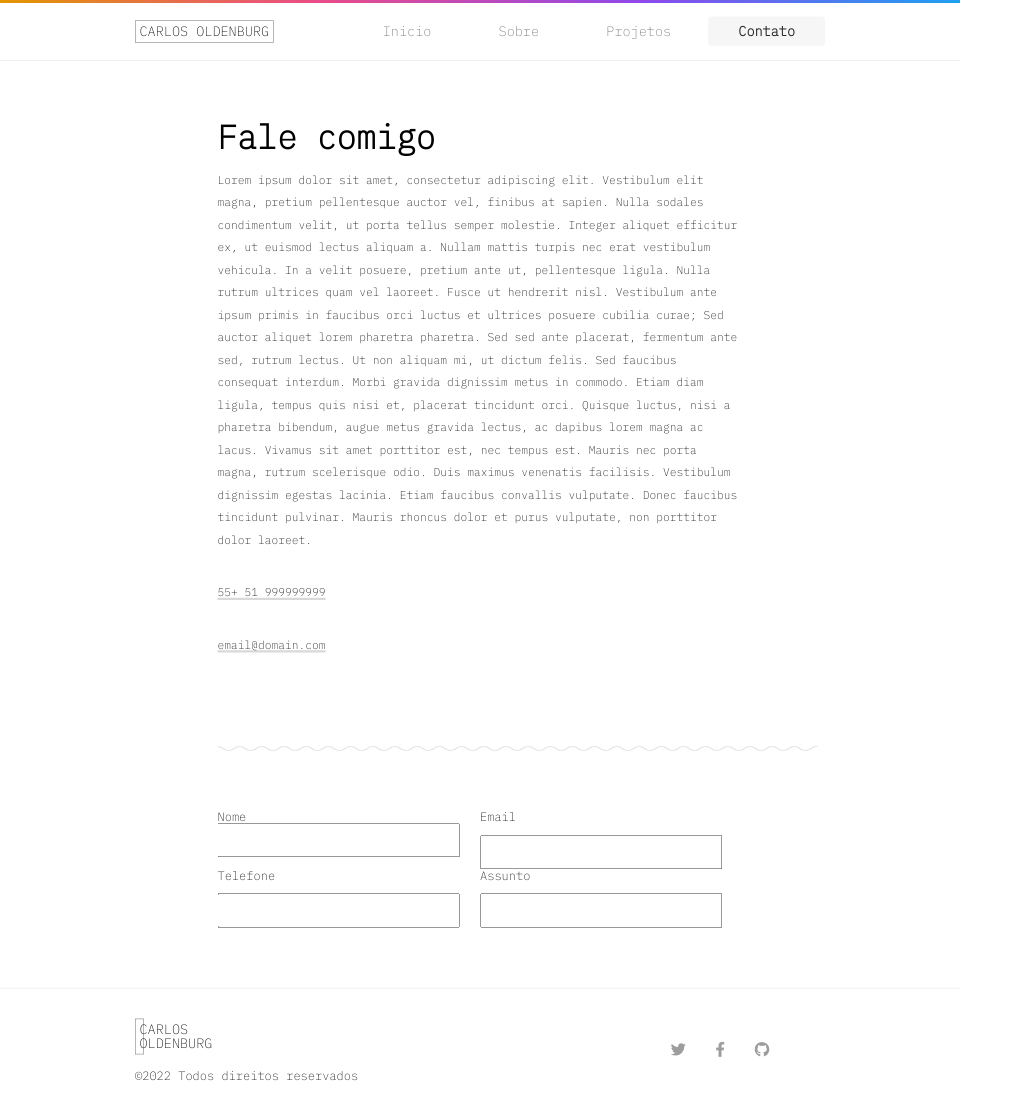
Repository: Carolden/PortfolioCrie
Page: contact.html
These files come from the project's save history. The page is drawn as it stood at one moment and after the next save; the edit follows.
The browser window is 1280 px wide. The page is 1380 px wide, so the pictures cover 1380 px, including what lies to the right of the window. The pictures show the whole page, at 75% of full size.

Above is the page before, as saved 2023-05-25 13:26:24.

### contact.html
<!DOCTYPE html>
<html lang="pt-BR">
<head>
    <meta charset="UTF-8">
    <meta http-equiv="X-UA-Compatible" content="IE=edge">
    <meta name="viewport" content="width=device-width, initial-scale=1.0">
    <title>Carlos Eduardo Oldenburg</title>

    <link rel="stylesheet" href="styles/base/reset.css">
    <link rel="stylesheet" href="styles/base/body.css">
    <link rel="stylesheet" href="styles/components/contact.css">
    <link rel="stylesheet" href="styles/layout/container.css">
    <link rel="stylesheet" href="styles/components/divisor.css">
    <link rel="stylesheet" href="styles/layout/footer.css">
    <link rel="stylesheet" href="styles/layout/header.css">
    <link rel="stylesheet" href="styles/layout/index__section.css">
    <link rel="stylesheet" href="styles/components/about__text.css">
    <link rel="stylesheet" href="styles/components/header__a.css">
    <link rel="stylesheet" href="styles/components/header__nav.css">
    <link rel="stylesheet" href="styles/components/hr.css">
    <link rel="stylesheet" href="styles/components/img__container.css">
    <link rel="stylesheet" href="styles/components/img__projeto.css">
    <link rel="stylesheet" href="styles/components/name__box.css">
    <link rel="stylesheet" href="styles/components/project__a.css">
    <link rel="stylesheet" href="styles/components/project__container.css">
    <link rel="stylesheet" href="styles/components/project__index.css">
    <link rel="stylesheet" href="styles/components/section__contact.css">
    <link rel="stylesheet" href="styles/components/section__image.css">
    <link rel="stylesheet" href="styles/components/section__p.css">
    <link rel="stylesheet" href="styles/components/section__title.css">
    <link rel="stylesheet" href="styles/components/work.css">
    <link rel="stylesheet" href="sobre.html">

    <link rel="preconnect" href="https://fonts.googleapis.com">
    <link rel="preconnect" href="https://fonts.gstatic.com" crossorigin>
    <link href="https://fonts.googleapis.com/css2?family=IBM+Plex+Mono:wght@200&family=Open+Sans:wght@800&display=swap" rel="stylesheet">
    <link rel="stylesheet" href="https://cdnjs.cloudflare.com/ajax/libs/font-awesome/6.4.0/css/all.min.css">


</head>
<body>

    <header class="header">

        <div class="name__container">
            <h2 class="name__box">CARLOS OLDENBURG</h2>
        </div>

        <nav class="header__nav">
            <a href="index.html" class="header__a">Inicio</a>
            <a href="sobre.html" class="header__a"> Sobre</a>
            <a href="projetos.html" class="header__a">Projetos</a>
            <a href="contact.html" class="header__a active">Contato</a>
        </nav>

    </header>

    <section>

        <div class="about__text">

        <h1 class="section__title section--align">Fale comigo</h1>
        <p class="section__p about--p">Lorem ipsum dolor sit amet, consectetur adipiscing elit. Vestibulum elit magna, pretium pellentesque auctor vel, finibus at sapien. Nulla sodales condimentum velit, ut porta tellus semper molestie. Integer aliquet efficitur ex, ut euismod lectus aliquam a. Nullam mattis turpis nec erat vestibulum vehicula.

            In a velit posuere, pretium ante ut, pellentesque ligula. Nulla rutrum ultrices quam vel laoreet. Fusce ut hendrerit nisl. Vestibulum ante ipsum primis in faucibus orci luctus et ultrices posuere cubilia curae; Sed auctor aliquet lorem pharetra pharetra. Sed sed ante placerat, fermentum ante sed, rutrum lectus. Ut non aliquam mi, ut dictum felis.

            Sed faucibus consequat interdum. Morbi gravida dignissim metus in commodo. Etiam diam ligula, tempus quis nisi et, placerat tincidunt orci. Quisque luctus, nisi a pharetra bibendum, augue metus gravida lectus, ac dapibus lorem magna ac lacus. Vivamus sit amet porttitor est, nec tempus est.

            Mauris nec porta magna, rutrum scelerisque odio. Duis maximus venenatis facilisis. Vestibulum dignissim egestas lacinia. Etiam faucibus convallis vulputate. Donec faucibus tincidunt pulvinar. Mauris rhoncus dolor et purus vulputate, non porttitor dolor laoreet.</p>

        </div>

        <p class="section__p about--p container contact">55+ 51 999999999</p>

        <p class="section__p about--p container contact">email@domain.com</p>

        <div class="div__divisor index--divisor">

            <img src="images/Divisor.png" alt="" class="img__divisor">

        </div>

    </section>

    <section class="container">

        <form action="">

            <div class="contactrow">

                <div class="contactcolumn">

                    <label for="nome" class="label">Nome</label>
                    <input id="nome" type="text" class="input">

                </div>

                <div class="contactcolumn">

                    <label for="email" class="label">Email</label><br>
                    <input id="email" required type="email" class="input">

                </div>

            </div>

            <div class="contactrow">

                <div class="contactcolumn">

                    <label for="telefone" class="label">Telefone</label><br>
                    <input id="telefone" type="tel" class="input">

                </div>

                <div class="contactcolumn">

                    <label for="msg" class="label">Assunto</label><br>
                    <input type="text" id="msg" name="assunto" class="input">

                </div>

            </div>

        </form>

    </section>












    <footer class="footer">

        <div class="name__container footer__column">

            <h2 class="name__box name--footer">CARLOS OLDENBURG</h2>
            <p class="footer__p">©2022 Todos direitos reservados</p>

        </div>

        <div class="footer__column footer__icons">

            <i class="fa-brands fa-twitter contact__icon"></i>
            <i class="fa-brands fa-facebook-f contact__icon"></i>
            <i class="fa-brands fa-github contact__icon"></i>

        </div>

    </footer>



</body>
</html>

### styles/base/body.css
body {
    font-family: 'IBM Plex Mono', monospace;
    overflow-y: scroll;
}

### styles/components/contact.css
.contact {
    padding: 20px 0 20px 0;
    text-decoration: underline 3px #D9D9D9;
    line-height: 30px;
}

.contactrow {
    display: flex;
    justify-content: center;
    align-items: left;

}

.contactcolumn {
    width: 50%;
    display: flex;
    flex-direction: column;
    align-items: flex-start;
}

.input {
    width: 90%;
    height: 40px;
}

### styles/layout/container.css
.container {
    padding: 0 290px 0 290px;
}

### styles/components/divisor.css
.img__divisor {
    padding: 0 290px 0 290px;
    color: #EAEAEA;
    width: 100%;

}

.div__divisor {
    display: flex;
}

.index--divisor {
    margin: 80px 0 80px 0;
}

### styles/layout/footer.css
.footer {
    display: flex;
    box-sizing: border-box;
    align-items: center;
    border-top: 1px solid #EAEAEA;
    margin-top: 80px;
    align-items: center;
}

.name--footer {
    margin: 40px 550px 20px 180px;
}

footer p {
    margin: 0 0 40px 180px;
}

.footer__column {
    width: 50%;
}

.footer__icons {
    text-align: center;
}

### styles/layout/header.css
.header {
    display: flex;
    justify-content: space-between;
    height: 80px;
    width: 100%;
    left: 0px;
    top: 4px;
    border-radius: 0px;
    box-sizing: border-box;
    /* position: absolute; */
    align-items: center;
    border-top: 4px;
    border-image: linear-gradient(to right, #E39600, #EA4C89, #8F48EB, #1DA1F2) 1;
    border-style: solid;
}

### styles/layout/index__section.css
.index__section {
    display: flex;
    flex-direction: column;
    align-items: center;
    border-top: 1px solid #EAEAEA;
    padding: 80px 0 50px 0;
}

### styles/components/about__text.css
.about__text {
    /* display: flex; */
    padding: 80px 290px 0 290px;
    align-items: left;
    flex-direction: column;
    border-top: 1px solid #EAEAEA;
}

### styles/components/header__a.css
.header__a {
    padding: 40px;
    text-decoration: none;
    color: #6C6C6C;
    font-size: 18px;
}

.active {
    color: #242424;
    font-weight: 600;
    background: #F6F6F6;
    border-radius: 4px;
    padding-top: 8px;
    padding-bottom: 8px;
}

### styles/components/header__nav.css
.header__nav {
    margin-right: 180px;
}

### styles/components/hr.css
.hr {
    padding: 0 290px 0 290px;
    color: #EAEAEA;
    width: 100%;

}

### styles/components/img__container.css
.img__container {
    display: flex;
    justify-content: center;
    align-items: center;
}

### styles/components/img__projeto.css
.img__projeto {
    width: 1000px;
    height: 500px;
    align-items: center;
    margin-bottom: 40px;
}

.img--cover {
    object-fit: cover;
}

### styles/components/name__box.css
.name__box {
    border: 1px solid #9D9D9D;
    padding: 5px;
    margin-left: 180px;
    font-size: 18px;
}

### styles/components/project__a.css
.project__a {
    text-decoration: none;
    color: inherit;
}

### styles/components/project__container.css
.project__container {
    display: flex;
    flex-direction: column;
    padding-bottom: 80px;
}

.project__container:last-child {
    padding-bottom: 40px;
}

### styles/components/project__index.css
.project__h2 {
    padding-bottom: 80px;
    font-size: 24px;
    font-weight: 600;
}

.project__index {
    border: 1px solid #EAEAEA;
    margin: 0 290px 20px 290px;
    display: flex;
    background-color: #FAFAFA;
}

.project__icon {
    font-size: 80px;
    padding: 40px 20px 40px 40px;
    color: #E39600;
}

.project__h3 {
    font-size: 18px;
    font-weight: 600;
    padding: 40px 0 20px 20px;
    line-height: 30px;
}

.project__p {
    padding: 0 40px 40px 20px;
    line-height: 30px;
}

.icon--color--pink {
    color: #EA4C89;
}

### styles/components/section__contact.css
.section__contact {
    display: flex;
    margin: 0 280px 0 280px;
    align-items: center;
}

.contact__icon {
    padding: 15px;
    font-size: 20px;
    color: #9D9D9D;
}

.contact__button {
    text-decoration: none;
    padding-left: 15px;
    color: #363636;
    font-weight: 600;
    font-size: 15px;
    border: 1px solid #EAEAEA;
    border-radius: 20px;
    background: #FAFAFA;
    padding: 10px 15px;
    margin-left: 15px;
}

### styles/components/section__image.css
.section__image {
    width: 800px;
    height: 800px;
    padding: 40px 0 55px 0;

}

### styles/components/section__p.css
.section__p {
    font-size: 15px;
    font-weight: 400;
    line-height: 30px;
    letter-spacing: 0em;
    text-align: left;
    margin: 0 280px 0 280px;
    line-height: 30px;
}

.about--p {
    margin: 0;
    padding-bottom: 40px;
}

### styles/components/section__title.css
.section__title {
    font-size: 44px;
    font-weight: 600;
}

.section--align {
    text-align: left;
    padding-bottom: 20px;
}

### styles/components/work.css
.work__title {
    font-size: 24px;
    font-weight: 600;
    padding-bottom: 40px;
}

.work__container {
    display: flex;
    justify-content: space-between;
    padding-bottom: 20px;
}

.work {
    margin-left: 290px;
    margin-right: 290px;
}

.work__subtitle {
    font-size: 18px;
    font-weight: 600;
}

.work__p {
    font-size: 15px;
    font-weight: 400;
}

### sobre.html
<!DOCTYPE html>
<html lang="pt-BR">
<head>
    <meta charset="UTF-8">
    <meta http-equiv="X-UA-Compatible" content="IE=edge">
    <meta name="viewport" content="width=device-width, initial-scale=1.0">
    <title>Carlos Eduardo Oldenburg</title>

    <link rel="stylesheet" href="styles/base/reset.css">
    <link rel="stylesheet" href="styles/base/body.css">
    <link rel="stylesheet" href="styles/components/contact.css">
    <link rel="stylesheet" href="styles/layout/container.css">
    <link rel="stylesheet" href="styles/components/divisor.css">
    <link rel="stylesheet" href="styles/layout/footer.css">
    <link rel="stylesheet" href="styles/layout/header.css">
    <link rel="stylesheet" href="styles/layout/index__section.css">
    <link rel="stylesheet" href="styles/components/about__text.css">
    <link rel="stylesheet" href="styles/components/header__a.css">
    <link rel="stylesheet" href="styles/components/header__nav.css">
    <link rel="stylesheet" href="styles/components/hr.css">
    <link rel="stylesheet" href="styles/components/img__container.css">
    <link rel="stylesheet" href="styles/components/img__projeto.css">
    <link rel="stylesheet" href="styles/components/name__box.css">
    <link rel="stylesheet" href="styles/components/project__a.css">
    <link rel="stylesheet" href="styles/components/project__container.css">
    <link rel="stylesheet" href="styles/components/project__index.css">
    <link rel="stylesheet" href="styles/components/section__contact.css">
    <link rel="stylesheet" href="styles/components/section__image.css">
    <link rel="stylesheet" href="styles/components/section__p.css">
    <link rel="stylesheet" href="styles/components/section__title.css">
    <link rel="stylesheet" href="styles/components/work.css">
    <link rel="stylesheet" href="sobre.html">

    <link rel="preconnect" href="https://fonts.googleapis.com">
    <link rel="preconnect" href="https://fonts.gstatic.com" crossorigin>
    <link href="https://fonts.googleapis.com/css2?family=IBM+Plex+Mono:wght@200&family=Open+Sans:wght@800&display=swap" rel="stylesheet">
    <link rel="stylesheet" href="https://cdnjs.cloudflare.com/ajax/libs/font-awesome/6.4.0/css/all.min.css">

</head>
<body>

    <header class="header">

        <div class="name__container">
            <h2 class="name__box">CARLOS OLDENBURG</h2>
        </div>

        <nav class="header__nav">
            <a href="index.html" class="header__a">Inicio</a>
            <a href="sobre.html" class="header__a active"> Sobre</a>
            <a href="projetos.html" class="header__a">Projetos</a>
            <a href="contact.html" class="header__a">Contato</a>
        </nav>

    </header>

    <section>

        <div class="about__text">

        <h1 class="section__title section--align">Olá, meu nome é Carlos!</h1>
        <p class="section__p about--p">Lorem ipsum dolor sit amet, consectetur adipiscing elit. Vestibulum elit magna, pretium pellentesque auctor vel, finibus at sapien. Nulla sodales condimentum velit, ut porta tellus semper molestie. Integer aliquet efficitur ex, ut euismod lectus aliquam a. Nullam mattis turpis nec erat vestibulum vehicula.

            In a velit posuere, pretium ante ut, pellentesque ligula. Nulla rutrum ultrices quam vel laoreet. Fusce ut hendrerit nisl. Vestibulum ante ipsum primis in faucibus orci luctus et ultrices posuere cubilia curae; Sed auctor aliquet lorem pharetra pharetra. Sed sed ante placerat, fermentum ante sed, rutrum lectus. Ut non aliquam mi, ut dictum felis.

            Sed faucibus consequat interdum. Morbi gravida dignissim metus in commodo. Etiam diam ligula, tempus quis nisi et, placerat tincidunt orci. Quisque luctus, nisi a pharetra bibendum, augue metus gravida lectus, ac dapibus lorem magna ac lacus. Vivamus sit amet porttitor est, nec tempus est.

            Mauris nec porta magna, rutrum scelerisque odio. Duis maximus venenatis facilisis. Vestibulum dignissim egestas lacinia. Etiam faucibus convallis vulputate. Donec faucibus tincidunt pulvinar. Mauris rhoncus dolor et purus vulputate, non porttitor dolor laoreet.</p>

        </div>

    </section>

    <div class="div__divisor index--divisor">

        <img src="images/Divisor.png" alt="" class="img__divisor">

    </div>

    <section class="work">

        <h2 class="work__title">Trabalho</h2>

        <div class="work__container">
            <h3 class="work__subtitle">Virtude Informática</h3>
            <p>Técnico de informática   -   2020 -&emsp;&emsp;&emsp;</p>
        </div>

        <div class="work__container">
            <h3 class="work__subtitle">Sustentare Seguros</h3>
            <p>Auxiliar Administrativo   -   2019 - 2020</p>
        </div>

        <div class="work__container">
            <h3 class="work__subtitle">Banrisul</h3>
            <p class="work__p">Estagiário   -   2017 - 2019</p>
        </div>

    </section>

    <div class="div__divisor index--divisor">

        <img src="images/Divisor.png" alt="" class="img__divisor">

    </div>

    <section class="work">

        <h2 class="work__title">Escolaridade e Cursos</h2>

        <div class="work__container">
            <h3 class="work__subtitle">Univates - Curso Intensivo de Programação</h3>
            <p>Crie_TI   -   2023 -&emsp;&emsp;&emsp;</p>
        </div>

        <div class="work__container">
            <h3 class="work__subtitle">UNINTER - Bacharelado</h3>
            <p>Engenharia de Software   -   2021 -&emsp;&emsp;&emsp;</p>
        </div>

        <div class="work__container">
            <h3 class="work__subtitle">EEEPE - Curso Técnico</h3>
            <p>Técnico de Informática   -   2020 - 2021</p>
        </div>

        <div class="work__container">
            <h3 class="work__subtitle">Univates - Bacharelado</h3>
            <p>Administração de Empresas   -   2014 - 2019</p>
        </div>

    </section>

    <footer class="footer">

        <div class="name__container footer__column">

            <h2 class="name__box name--footer">CARLOS OLDENBURG</h2>
            <p class="footer__p">©2022 Todos direitos reservados</p>

        </div>

        <div class="footer__column footer__icons">

            <i class="fa-brands fa-twitter contact__icon"></i>
            <i class="fa-brands fa-facebook-f contact__icon"></i>
            <i class="fa-brands fa-github contact__icon"></i>

        </div>

    </footer>

</body>
</html>

Loaded but not shown: styles/base/reset.css (common file)

After the next save:
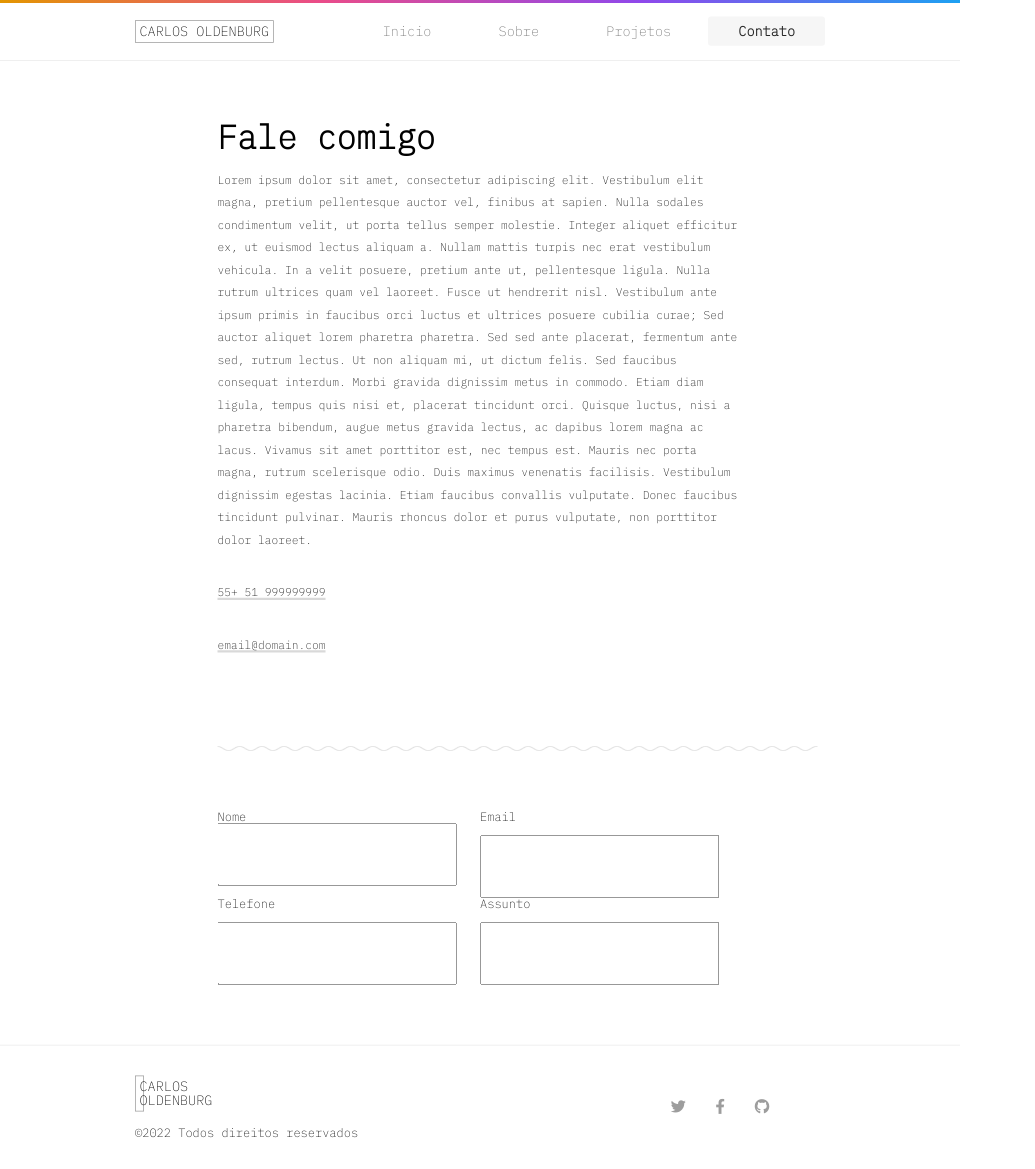
Saved 73 s later.
--- a/styles/components/contact.css
+++ b/styles/components/contact.css
@@ -21,4 +21,5 @@
 .input {
     width: 90%;
     height: 40px;
+    padding: 0 0 40px 0;
 }
